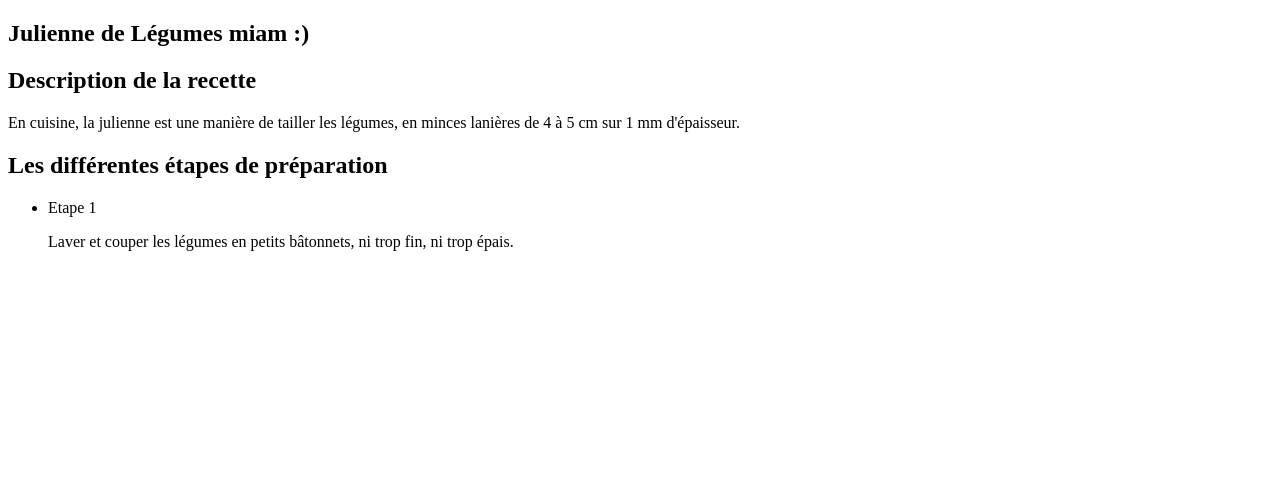
Repository: klevish/marmitonade.github.io
Page: julienne_de_legumes.html
The author's editor kept a copy of each file at every save. The page is drawn from the files as they stood at one save, then again after a run of saves.
The browser window is 1280 px wide. The pictures show the whole page.

Above is the page before, as saved 2022-06-13 16:23:43.

### julienne_de_legumes.html
<!DOCTYPE html>
<html lang="en">

<head>
    <meta charset="UTF-8">
    <meta http-equiv="X-UA-Compatible" content="IE=edge">
    <meta name="viewport" content="width=device-width, initial-scale=1.0">
    <title>Document</title>
</head>

<body>
    <section>
        <h1>Julienne de Légumes miam :)</h1>
    </section>

    <section>
        <h2>Description de la recette</h2>
        <p>En cuisine, la julienne est une manière de tailler les légumes, en minces lanières de 4 à 5 cm sur 1 mm
            d'épaisseur.</p>
    </section>

    <section>
        <h2>Les différentes étapes de préparation</h2>
        <ul>
            <li>Etape 1</li>
            <p>Laver et couper les légumes en petits bâtonnets, ni trop fin, ni trop épais.</p>
        </ul>
    </section>
</body>

</html>

After the next 4 saves:
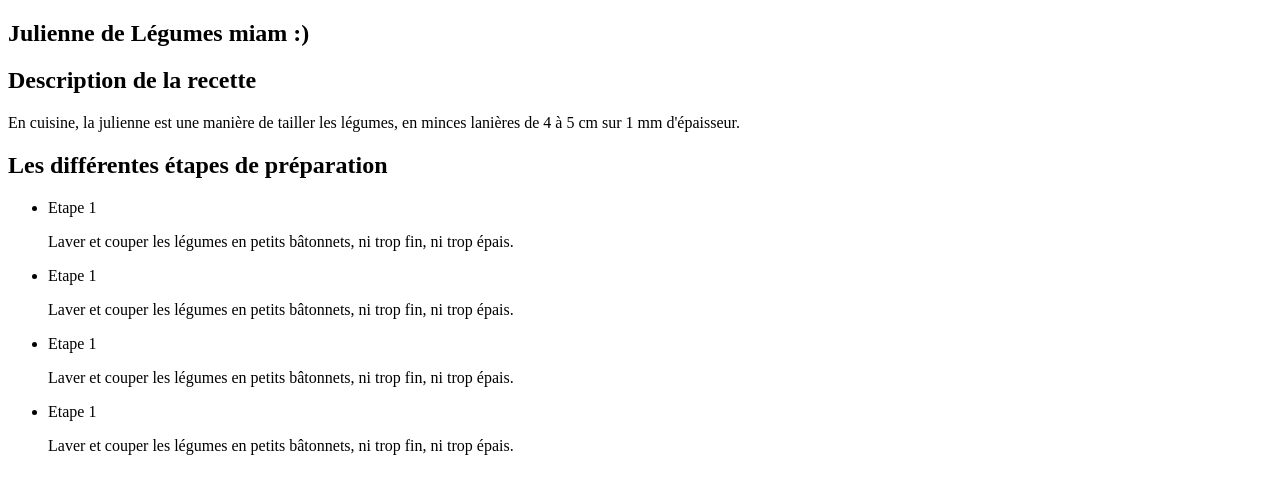
The 4 saves are shown as one change because they came seconds apart.
The last was saved 18 s later.
--- a/julienne_de_legumes.html
+++ b/julienne_de_legumes.html
@@ -24,6 +24,12 @@
         <ul>
             <li>Etape 1</li>
             <p>Laver et couper les légumes en petits bâtonnets, ni trop fin, ni trop épais.</p>
+            <li>Etape 1</li>
+            <p>Laver et couper les légumes en petits bâtonnets, ni trop fin, ni trop épais.</p>
+            <li>Etape 1</li>
+            <p>Laver et couper les légumes en petits bâtonnets, ni trop fin, ni trop épais.</p>
+            <li>Etape 1</li>
+            <p>Laver et couper les légumes en petits bâtonnets, ni trop fin, ni trop épais.</p>
         </ul>
     </section>
 </body>
